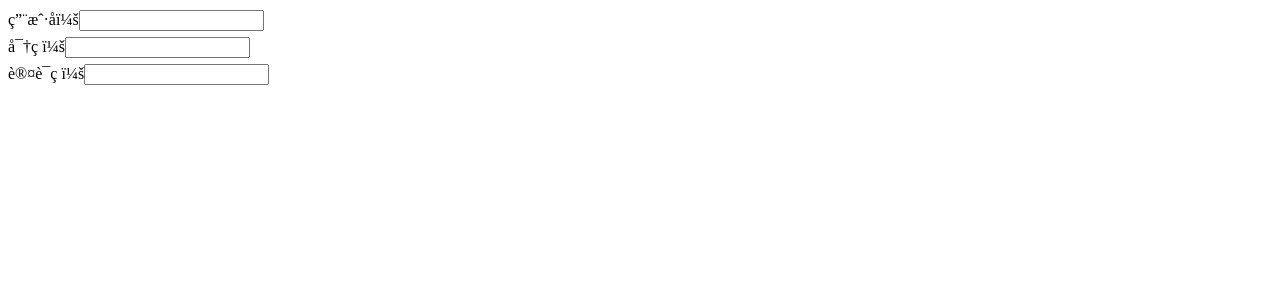
Repository: wsws1996/myproject
Page: java/workspace/day07/WebRoot/login2.html
An editor plug-in stored every save of this project. The page is shown before and after the next save, followed by the edit.
The browser window is 1280 px wide. The pictures show the whole page.

Above is the page before, as saved 2015-11-13 02:32:03.

### java/workspace/day07/WebRoot/login2.html
<!DOCTYPE html>
<html>
  <head>
    <title>登录页面</title>

    <meta name="keywords" content="keyword1,keyword2,keyword3">
    <meta name="description" content="this is my page">
    <meta name="content-type" content="text/html; charset=UTF-8">

    <!--<link rel="stylesheet" type="text/css" href="./styles.css">-->

  </head>

  <body>
  <form action="/day07/servlet/LoginServlet" method="post">
  	用户名：<input type="text" name="username"><br>
  	密码：<input type="text" name="password"><br>
  	认证码：<input type="text"name="checkcode">
  </form>
  </body>
</html>

After the next save:
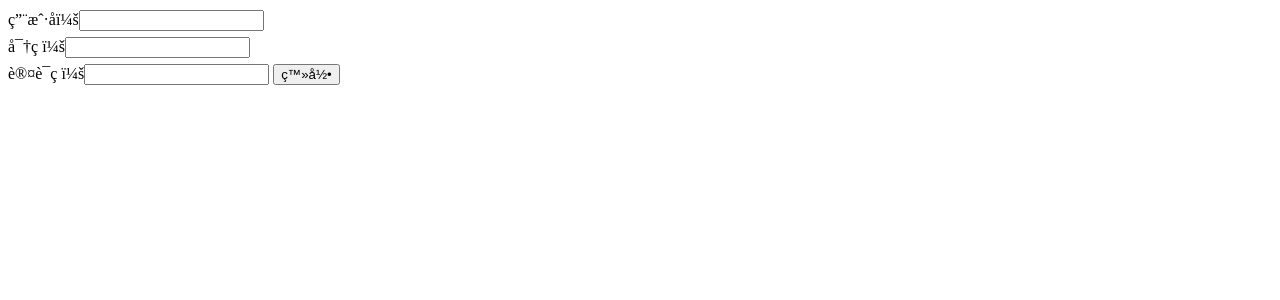
Saved 4 s later.
--- a/java/workspace/day07/WebRoot/login2.html
+++ b/java/workspace/day07/WebRoot/login2.html
@@ -16,6 +16,7 @@
   	用户名：<input type="text" name="username"><br>
   	密码：<input type="text" name="password"><br>
   	认证码：<input type="text"name="checkcode">
+  	  	<input type="submit" value="登录"><br/>
   </form>
   </body>
 </html>
